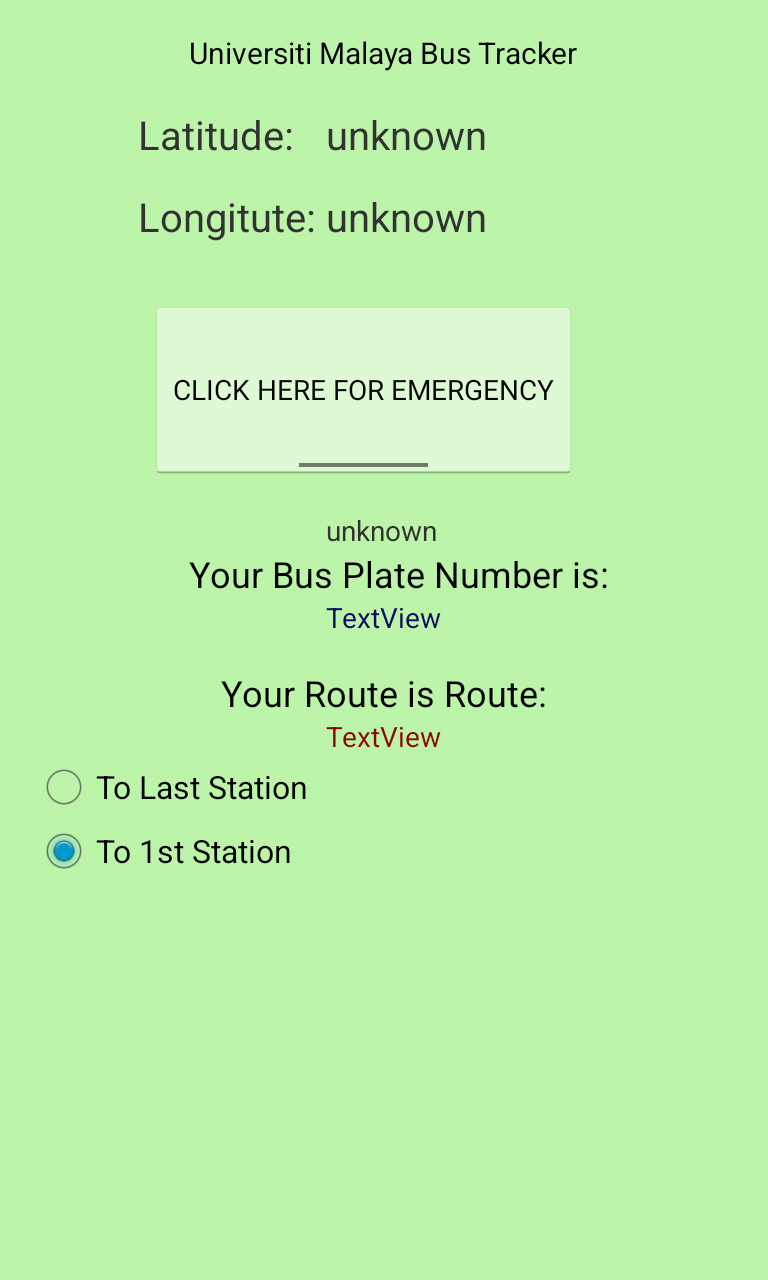
Repository: patheon17/myrepo2
Layout: workspace/UMBusTracker/res/layout/activity_main.xml
These files come from the project's save history. The layout is drawn as it stood at one moment and after the next save; the edit follows.
It is drawn on a 768 x 1280 px phone screen (xhdpi) without system bars, with theme AppTheme; the app's code is not run.

Above is the layout before, as saved 2013-10-01 09:08:52.

After the next save:
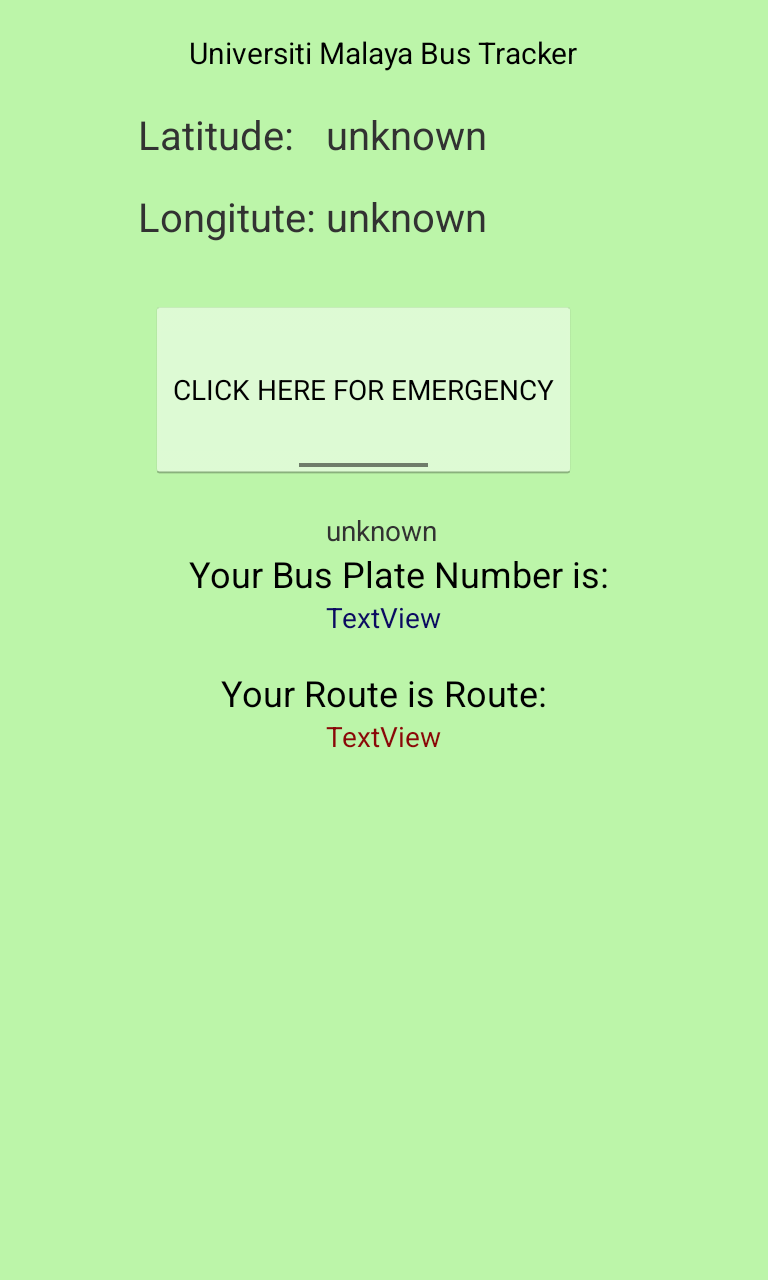
Saved 7 s later.
--- a/workspace/UMBusTracker/res/layout/activity_main.xml
+++ b/workspace/UMBusTracker/res/layout/activity_main.xml
@@ -124,8 +124,7 @@
 
         <RadioGroup
             android:id="@+id/radiostopsdir"
-            android:layout_width="wrap_content"
-            android:layout_height="wrap_content" >
+            >
 
             <RadioButton
                 android:id="@+id/radiotolast"

After the save that followed:
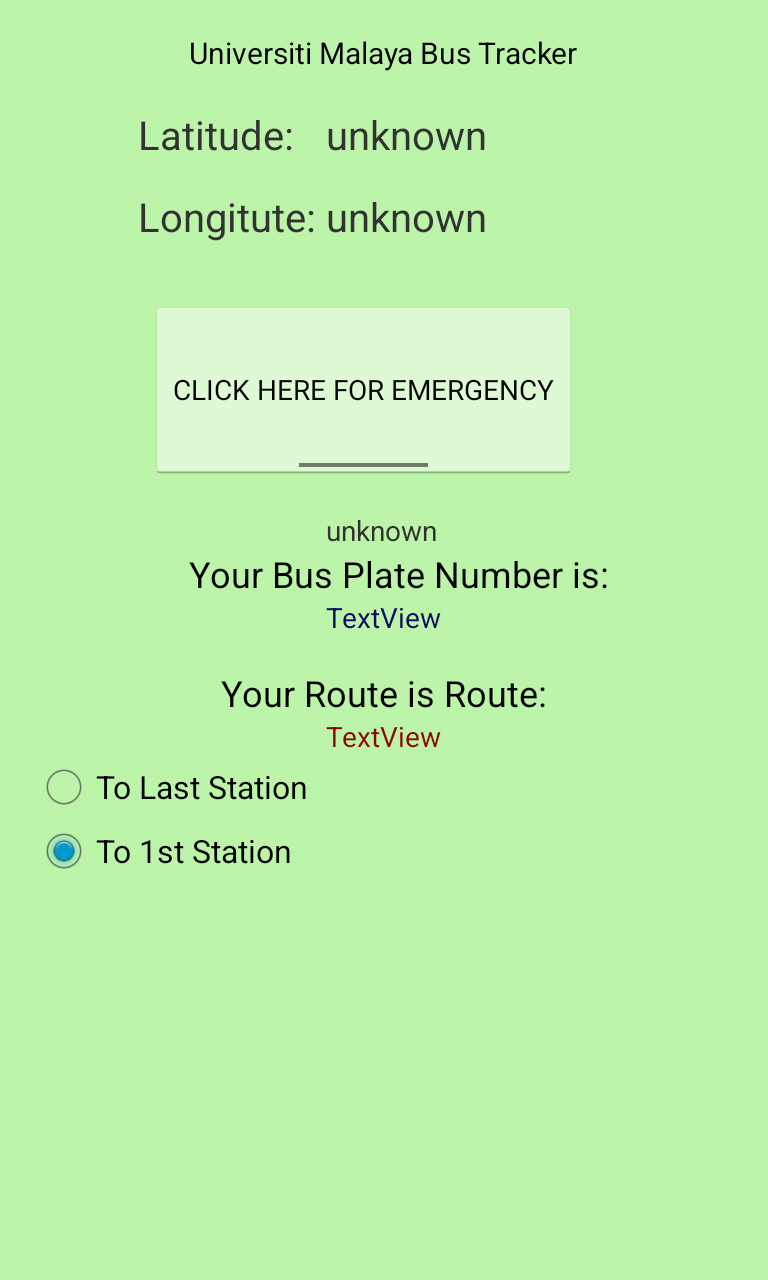
Saved 23 s later.
--- a/workspace/UMBusTracker/res/layout/activity_main.xml
+++ b/workspace/UMBusTracker/res/layout/activity_main.xml
@@ -124,7 +124,8 @@
 
         <RadioGroup
             android:id="@+id/radiostopsdir"
-            >
+            android:layout_width="wrap_content"
+            android:layout_height="wrap_content" >
 
             <RadioButton
                 android:id="@+id/radiotolast"
